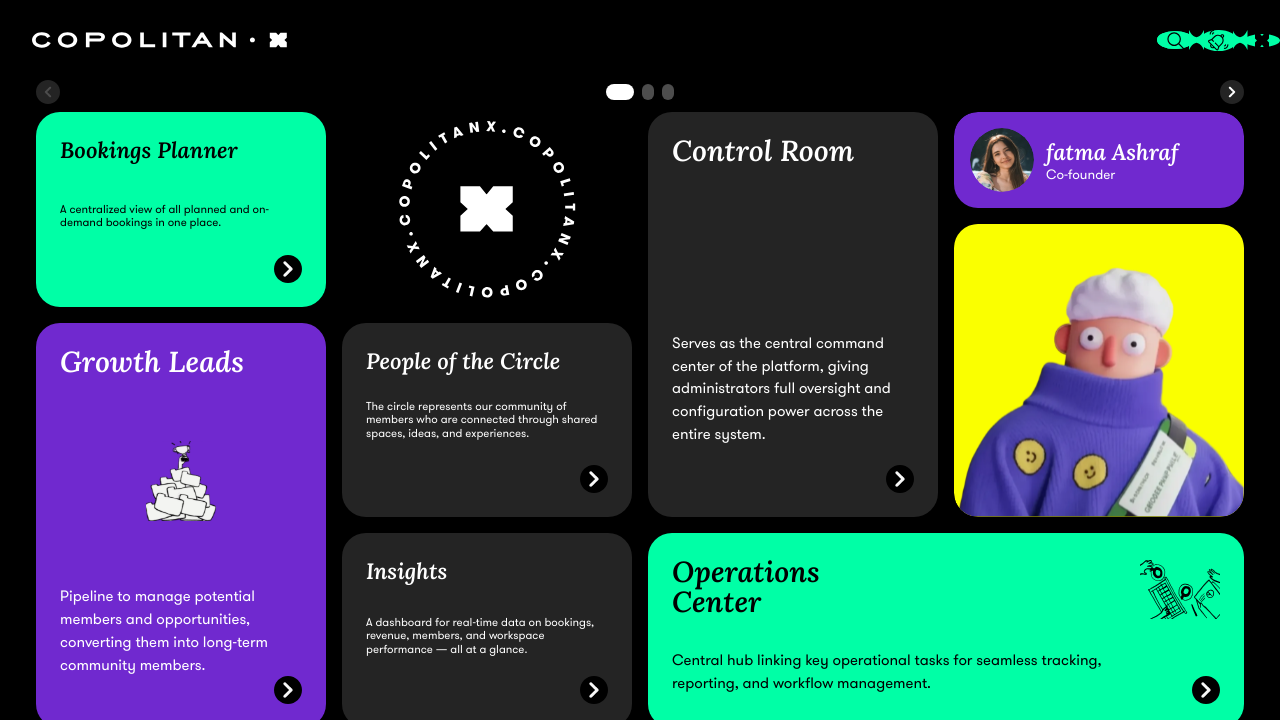
Repository: mohameddtalal/Copolitan-X
Page: /dashboard
These files come from the project's save history. The page is drawn as it stood at one moment and after the next save; the edit follows.
The browser window is 1280 px wide. The pictures show the whole page.
The project was rebuilt for these pictures with package versions that can differ from the ones it lists, and the page was loaded fresh each time. The framework's server and built-in components were replaced by stand-ins that run in the browser. Also part of the build but not shown: next.config.ts.

Above is the page before, as saved 2026-02-10 16:02:20.

### src/app/layout.tsx
import type { Metadata } from "next";
import { Geist, Geist_Mono } from "next/font/google";
import "./globals.css";
import Navbar from "@/components/Navbars/NavbarDynamic";
import { NavProvider } from "@/components/Context/Navcontext";

const geistSans = Geist({
  variable: "--font-geist-sans",
  subsets: ["latin"],
});

const geistMono = Geist_Mono({
  variable: "--font-geist-mono",
  subsets: ["latin"],
});

export const metadata: Metadata = {
  title: "Create Next App",
  description: "Generated by create next app",
};

export default function RootLayout({
  children,
}: Readonly<{
  children: React.ReactNode;
}>) {
  return (
    <html lang="en">
      <body
        className={`${geistSans.variable} ${geistMono.variable} antialiased  w-full flex flex-col m-0 p-0`}
      >

        <NavProvider>
          <div className="flex-shrink-0">
            <Navbar />
          </div>
          <div className="flex-1 overflow-auto w-full">
            {children}
          </div>
        </NavProvider>

      </body>
    </html>
  );
}

### src/app/(pages)/dashboard/page.tsx

'use client';

import BentoGrid from "@/components/BentoGrid/BentoGrid";





export default function DashboardPage() {
  return (
      <>
        <BentoGrid/>
      </>
  );
}

### src/app/globals.css
@import "tailwindcss";



:root {
  --background: #000000;
  --foreground: #ffffff;
  --green: #00ffa6;
}



@theme inline {
  --color-background: var(--background);
  --color-foreground: var(--foreground);
}

@media (prefers-color-scheme: dark) {
  :root {
    --background: #000000;
    --foreground: #ffffff;
  }
}

/* GT Walsheim */
@font-face {
  font-family: "GT Walsheim";
  src: url("/fonts/GT-Walsheim-Pro-Light.ttf") format("truetype");
  font-weight: 300;
  font-style: normal;
  font-display: swap;
}

@font-face {
  font-family: "GT Walsheim";
  src: url("/fonts/GT-Walsheim-Pro-Regular.ttf") format("truetype");
  font-weight: 400;
  font-style: normal;
  font-display: swap;
}

@font-face {
  font-family: "GT Walsheim";
  src: url("/fonts/GT-Walsheim-Pro-Medium.ttf") format("truetype");
  font-weight: 500;
  font-style: normal;
  font-display: swap;
}

@font-face {
  font-family: "GT Walsheim";
  src: url("/fonts/GT-Walsheim-Pro-Bold.ttf") format("truetype");
  font-weight: 700;
  font-style: normal;
  font-display: swap;
}

@font-face {
  font-family: "GT Walsheim";
  src: url("/fonts/GT-Walsheim-Pro-Ultra-Bold.ttf") format("truetype");
  font-weight: 800;
  font-style: normal;
  font-display: swap;
}

@font-face {
  font-family: "GT Walsheim";
  src: url("/fonts/GT-Walsheim-Pro-Ultra-Bold-Oblique.ttf") format("truetype");
  font-weight: 800;
  font-style: italic;
  font-display: swap;
}

@font-face {
  font-family: "Lora";
  src: url("/fonts/Lora-Italic.ttf") format("truetype");
  font-weight: 400;
  font-style: italic;
  font-display: swap;
}

@font-face {
  font-family: "Lora";
  src: url("/fonts/Lora-MediumItalic.ttf") format("truetype");
  font-weight: 500;
  font-style: italic;
  font-display: swap;
}

@font-face {
  font-family: "Lora";
  src: url("/fonts/Lora-SemiBoldItalic.ttf") format("truetype");
  font-weight: 600;
  font-style: italic;
  font-display: swap;
}

@font-face {
  font-family: "Lora";
  src: url("/fonts/Lora-BoldItalic.ttf") format("truetype");
  font-weight: 700;
  font-style: italic;
  font-display: swap;
}

body {
  background: var(--background);
  color: var(--foreground);
  font-family:
    "GT Walsheim",
    "Lora",
}

.font-gtwalsheim {
  font-family: "GT Walsheim";
  font-weight: 400;
}

.font-lora {
  font-family: "Lora";
}

.lora-semibold-italic {
  font-family: "Lora";
  font-weight: 600;
  font-style: italic;
}



.title-lg {
  font-size: clamp(1.125rem, 0.8571rem + 1.1905vw, 2rem);
  line-height: 30px;
}

.desc-lg {
  font-size: clamp(0.75rem, 0.6735rem + 0.3401vw, 1rem);
}

.title-md {
  font-size: clamp(1rem, 0.8469rem + 0.6803vw, 1.5rem);
  line-height: clamp(1.375rem, 1.1837rem + 0.8503vw, 2rem);
}

.desc-md {
  font-size: clamp(0.75rem, 0.7117rem + 0.1701vw, 0.875rem);
  line-height: clamp(0.75rem, 0.7117rem + 0.1701vw, 0.875rem);
}

.title-sm {
  font-size: clamp(1rem, 0.8469rem + 0.6803vw, 1.5rem);
  line-height: clamp(1.375rem, 1.1837rem + 0.8503vw, 2rem);
}

.desc-sm {
  font-size: clamp(0.625rem, 0.5867rem + 0.1701vw, 0.75rem);
  line-height: clamp(0.75rem, 0.7117rem + 0.1701vw, 0.875rem);
}
@media (min-height: 670px) {
body,html{
height: 100%;
}
}


/* width */
::-webkit-scrollbar {
  width: 8px;
  height: 8px;
}

/* Track */
::-webkit-scrollbar-track {
  background: transparent;
}

/* Handle */
::-webkit-scrollbar-thumb {
  background-color: #555;
  border-radius: 9999px;
  border: 2px solid transparent;
  background-clip: content-box;
}

/* Handle on hover */
::-webkit-scrollbar-thumb:hover {
  background-color: #777;
}

/* Flip Card Styles */
.perspective-1000 {
  perspective: 1000px;
}
.flip-wrapper {
  width: 100%;
  height: 100%;
  position: relative;
  transform-style: preserve-3d;
  cursor: pointer;
}

.flip-front,
.flip-back {
  backface-visibility: hidden;
  position: absolute;
  top: 0;
  left: 0;
  width: 100%;
  height: 100%;
}

.flip-front {
  z-index: 2;
  transform: rotateY(0deg);
}

.flip-back {
  transform: rotateY(180deg);
}

.rotate-y-180 {
  transform: rotateY(180deg);
}


.card-back-scroller {
  flex: 1;
  overflow-y: auto;
  margin-top: auto;
}

### src/components/Navbars/NavbarDynamic.tsx
"use client";
import { useRouter } from "next/navigation";
import Link from "next/link";
import Image from "next/image";
import { useState } from "react";
import { useNav } from "@/components/Context/Navcontext";
import styles from "./Navbar.module.css"

const Navbar = () => {
  const [isSearchOpen, setIsSearchOpen] = useState(false);
  const [searchText, setSearchText] = useState("");
  const { selectedTitle, selectedButton } = useNav();
  const router = useRouter();
  const handleSearch = () => {
    setIsSearchOpen((prev) => !prev); // toggle input
  };
  return (
    <nav className={styles.navbar }>
      <div className={styles.row}>
        <Link href="/dashboard">
          <div className="logo">
            <Image
              src="/navbar/Layer_1.svg"
              alt="LogoImage"
              className={styles.logoImg}
              width={301}
              height={26}
            />
          </div>
        </Link>
        <div className={styles.navInside}>
          <div
            className={styles.title}
          >
            <p>{selectedTitle}</p>
          </div>
          <div
            className={styles.selectedBtn}

          >
            <p>{selectedButton}</p>
          </div>
        </div>
        <div className={styles.navItems} >
          {isSearchOpen && (
            <input
              type="text"
              className={styles.searchInput}
              placeholder="Search..."
              value={searchText}
              onChange={(e) => setSearchText(e.target.value)}
              autoFocus
            />
          )}
          <div className={styles.search}>
            <button
              className={styles.search}
              style={{ zIndex: 10, cursor: "pointer" }}
              onClick={handleSearch}
            >
              <Image
                className="search-img"
                src="/navbar/search.svg"
                alt="search"
                width={18}
                height={18}
              />
            </button>
            {/* Search input (show only if open) */}
          </div>
          <div className={styles.line}></div>
          <div className={styles.notifications}>
            <button
              className="notification"
              style={{ cursor: "pointer" }}
              onClick={() => router.push("/notificationPage")}
            >
              <Image
                className="notification-img"
                src="/navbar/notification.svg"
                alt="notification"
                width={21}
                height={21}
              />
            </button>
          </div>
          <div className={styles.line}></div>
          <div className={styles.quote}>
            <Image
              src="/navbar/quote.svg"
              alt="quote"
              width={14}
              height={13}
              className="quote-img"
            />
          </div>
        </div>
      </div>
    </nav>
  );
};

export default Navbar;

### src/components/Context/Navcontext.tsx
"use client";

import { createContext, useContext, useState } from "react";

const NavContext = createContext<any>(null);

export function NavProvider({ children }: { children: React.ReactNode }) {
  const [selectedTitle, setSelectedTitle] = useState("");
  const [selectedButton, setSelectedButton] = useState("");

  return (
    <NavContext.Provider
      value={{ selectedTitle, setSelectedTitle, selectedButton, setSelectedButton }}
    >
      {children}
    </NavContext.Provider>
  );
}

export function useNav() {
  return useContext(NavContext);
}

### src/components/BentoGrid/BentoGrid.tsx
import React, { useState } from 'react';
import { motion } from 'framer-motion';
import Navigation from '../Navigation/Navigation';
import PageContainer from '../PageContainer/PageContainer';
import BadgeCard from '../BadgeCard/BadgeCard';

const BentoGrid = () => {
    const [currentPage, setCurrentPage] = useState(0);

    // Dummy data for cards - 3 pages × 12 cards each
    const pages = [
        // Page 1
        [
            { id: 1, title: "Bookings Planner", description: "A centralized view of all planned and on-demand bookings in one place.", color: "bg-[var(--green)]", span: "col-span-1 row-span-1", flippable: true },
            { id: 2, title: "", description: "", color: "bg-[var(--background)]", span: "col-span-1 row-span-1", image: "/cards/CIRCULAR TEXT.svg" },
            { id: 3, title: "Control Room", description: "Serves as the central command center of the platform, giving administrators full oversight and configuration power across the entire system.", color: "bg-[#242424]", span: "col-span-1 row-span-2", flippable: true },
            { id: 4, title: "fatma Ashraf", description: "Co-founder", color: "bg-[var(--background)]", span: "col-span-1 row-span-2", isSplit: true, profileImage: "/cards/profile.svg", characterImage: "/cards/character.svg" },
            { id: 5, title: "Growth Leads", description: "Pipeline to manage potential members and opportunities, converting them into long-term community members.", color: "bg-[#7029CF]", span: "col-span-1 row-span-2", cardImage: "/cards/card5.svg", layoutType: "column" },
            { id: 6, title: "People of the Circle", description: "The circle represents our community of members who are connected through shared spaces, ideas, and experiences.", color: "bg-[#242424]", span: "col-span-1 row-span-1" },
            { id: 7, title: "Insights", description: "A dashboard for real-time data on bookings, revenue, members, and workspace performance — all at a glance.", color: "bg-[#242424]", span: "col-span-1 row-span-1" ,flippable: true },
            { id: 8, title: "Operations \nCenter", description: "Central hub linking key operational tasks for seamless tracking, reporting, and workflow management.", color: "bg-[var(--green)]", span: "col-span-2 row-span-1", cardImage: "/cards/card8.svg", layoutType: "row" },
        ],
        // Page 2
        [
            { id: 9, title: "Partnerships Network", description: "Oversee and manage all partnerships, deals, and strategic collaborations", color: "bg-[#FFD3D2]", span: "col-span-1 row-span-1", flippable: true },
            { id: 2, title: "", description: "", color: "bg-[var(--background)]", span: "col-span-1 row-span-1", image: "/cards/CIRCULAR TEXT.svg" },
            { id: 10, title: "Security \nControl", description: "Serves as the central command center of the platform, giving administrators full oversight and configuration power across the entire system.", color: "bg-[#242424]", span: "col-span-1 row-span-2", cardImage: "/cards/card11.svg", layoutType: "column" },
            { id: 4, title: "fatma Ashraf", description: "Co-founder", color: "bg-[var(--background)]", span: "col-span-1 row-span-2", isSplit: true, profileImage: "/cards/profile.svg", characterImage: "/cards/character.svg" },
            { id: 11, title: "Finance Center", description: "A control panel for streamlined financial records and insights collaborations.", color: "bg-[#242424]", span: "col-span-1 row-span-2" },
            { id: 12, title: "Experience& \nEngagement Lab", description: "A tools lab that drives engagement and growth where experience is refined and elevated.", color: "bg-[#242424]", span: "col-span-1 row-span-1" },
            { id: 13, title: "Data Hub", description: "A streamlined repository for all data collect, analyze, and access key metrics to drive informed decisions.", color: "bg-[#242424]", span: "col-span-1 row-span-1" },
            { id: 14, title: "Facility \nManagement ", description: "Central hub linking key operational tasks for seamless tracking, reporting, and workflow management.", color: "bg-[#242424]", span: "col-span-2 row-span-1", cardImage: "/cards/card15.svg", layoutType: "row" },
        ],
        // Page 3
        [
            { id: 15, title: "Data Hub", description: "A streamlined repository for all data collect, analyze, and access key metrics to drive informed decisions.", color: "bg-[#FFD3D2]", span: "col-span-1 row-span-1", flippable: true },
            { id: 2, title: "", description: "", color: "invisible pointer-events-none", span: "col-span-1 row-span-1", image: "/cards/CIRCULAR TEXT.svg" },
            { id: 10, title: "Security \nControl", description: "Serves as the central command center of the platform, giving administrators full oversight and configuration power across the entire system.", color: "invisible pointer-events-none", span: "col-span-1 row-span-2", cardImage: "/cards/card11.svg", layoutType: "column" },
            { id: 4, title: "fatma Ashraf", description: "Co-founder", color: "bg-[var(--background)]", span: "col-span-1 row-span-2", isSplit: true, profileImage: "/cards/profile.svg", characterImage: "/cards/character.svg" },
            { id: 11, title: "Finance Center", description: "A control panel for streamlined financial records and insights collaborations.", color: "invisible pointer-events-none", span: "col-span-1 row-span-2" },
            { id: 12, title: "Experience& \nEngagement Lab", description: "A tools lab that drives engagement and growth where experience is refined and elevated.", color: "invisible pointer-events-none", span: "col-span-1 row-span-1" },
            { id: 13, title: "Data Hub", description: "A streamlined repository for all data collect, analyze, and access key metrics to drive informed decisions.", color: "invisible pointer-events-none", span: "col-span-1 row-span-1" },
            { id: 14, title: "Facility \nManagement ", description: "Central hub linking key operational tasks for seamless tracking, reporting, and workflow management.", color: "invisible pointer-events-none", span: "col-span-2 row-span-1", cardImage: "/cards/card15.svg", layoutType: "row" },
        ],



    ];
    const nextPage = () => {
        if (currentPage < pages.length - 1) {
            setCurrentPage(currentPage + 1);
        }
    };

    const prevPage = () => {
        if (currentPage > 0) {
            setCurrentPage(currentPage - 1);
        }
    };

    return (
        <div className="w-full h-full  px-1 sm:px-1 md:px-2 lg:px-3 xl:px-5 flex flex-col overflow-hidden">
            {/* Navigation Section */}
            <Navigation
              currentPage={currentPage}
              pages={pages}
              setCurrentPage={setCurrentPage}
              totalPages={pages.length}
              onPrev={prevPage}
              onNext={nextPage}
            />

            {/* Grid Container */}
            <div className="flex-1 overflow-hidden w-full min-h-0">
                <div
                    className="flex  w-full transition-transform duration-1000 ease-[cubic-bezier(0.16,1,0.3,1)]"
                    style={{ transform: `translateX(-${currentPage * 100}%)` }}
                >
                    {pages.map((page, pageIndex) => (
                        <PageContainer key={pageIndex}>
                            {page.map((card) => (
                                <BadgeCard key={card.id} card={card} />
                            ))}
                        </PageContainer>
                    ))}
                </div>
            </div>


        </div>
    );
};

export default BentoGrid;

### src/components/Navbars/Navbar.module.css
.navbar{

  background-color: var(--background);



}
.logoImg {
 margin: clamp(1.75rem, 1.6536rem + 0.4259vw, 2.0625rem);

}
.navInside {
  display: flex;
  flex-direction: column;
  justify-content: center;
  align-items: center;
  padding: 16px 0px;
  gap: 3px;
  width: 100%;
}
.navItems {
  position: relative;
  display: flex;
  align-items: center;

}
.searchInput {
  position: absolute;
  right: 87px;
  top: 50%;
  transform: translateY(-50%);
  padding: 6px 20px;
  border-radius: 48px;
  border: 1px solid var(--hot-purple);
  outline: none;
  font-size: 14px;
  width: 217px;
  height: 36px;
}
.line {
  margin: 0 -4px;
  width: 15px;
  height: 40px;
  padding: 0;
  border: none;
  background-color: var(--green);
  display: block;
  flex-shrink: 0;
  clip-path: polygon(
    0% 25%,
    0% 10%,
    0% 0%,
    0% 100%,
    0% 90%,
    0% 75%,
    10% 68%,
    20% 63%,
    30% 60%,
    40% 58%,
    50% 57%,
    60% 58%,
    70% 60%,
    80% 63%,
    90% 68%,
    100% 75%,
    100% 90%,
    100% 100%,
    100% 0%,
    100% 10%,
    100% 25%,
    90% 32%,
    80% 37%,
    70% 40%,
    60% 42%,
    50% 43%,
    40% 42%,
    30% 40%,
    20% 37%,
    10% 32%
  );
}

.notifications,
.quote,
.search {
  width: 36.5px;
  height: 36;
  display: flex;
  align-items: center;
  justify-content: center;
  background-color: var(--green);
  border-radius: 50%;
  margin: 0;
}
.row {
  display: flex;
  justify-content: space-between;
  align-items: center;
}
.title{
  margin-bottom: 0;
  color: var(--black);
}
.selectedBtn{
  margin-top: 0;
  font-size: 16px;
  color: var(--black);
}

### src/components/Navigation/Navigation.tsx
import React from 'react';

export default function Navigation({
  currentPage,
  totalPages,
  setCurrentPage,
  pages,
  onPrev,
  onNext,
}: {
  currentPage: number;
  totalPages: number;
  setCurrentPage:Function,
  pages:any[],
  onPrev: () => void;
  onNext: () => void;
}) {
  return (
    <div className="flex items-center justify-between  shrink-0 px-1.5 sm:px-2 md:px-2 lg:px-3 xl:px-4  ">
      <div className="flex  justify-between w-full items-center mb-2">
        <button
          onClick={onPrev}
          disabled={currentPage === 0}
          className={`rounded-full  transition-all ${
            currentPage === 0 ? 'cursor-not-allowed' : 'cursor-pointer'
          }`}
        >
          <img
            src={currentPage === 0 ? "/cards/DimmedLeft.svg" : "/cards/Left.svg"}
            alt="Previous"
            className="w-3 h-3 sm:w-4 sm:h-4 lg:w-6 lg:h-6"
          />
        </button>
   {/* Page Indicators */}
            <div className="flex justify-center gap-2 shrink-0 ">
                {pages.map((_, index) => (
                    <button
                        key={index}
                        onClick={() => setCurrentPage(index)}
                        className={`h-4 cursor-pointer rounded-full transition-all ${currentPage === index ? 'w-5 sm:w-7 bg-white' : 'w-3 bg-white/30'
                            }`}
                    />
                ))}
            </div>
        <button
          onClick={onNext}
          disabled={currentPage === totalPages - 1}
          className={`rounded-full transition-all   ${
            currentPage === totalPages - 1 ? 'cursor-not-allowed' : 'cursor-pointer'
          }`}
        >
          <img
            src={currentPage === totalPages - 1 ? "/cards/DimmedRight.svg" : "/cards/Right.svg"}
            alt="Next"
            className="w-3 h-3 sm:w-4 sm:h-4 lg:w-6 lg:h-6"
          />
        </button>
      </div>
    </div>
  );
}

### src/components/PageContainer/PageContainer.tsx
export default function PageContainer({ children }: { children: React.ReactNode }) {


    return (
        <div className="min-w-full h-full px-1.5 sm:px-2 md:px-2 lg:px-3 xl:px-4 flex items-center justify-center ">
            <div className="grid grid-cols-4 grid-rows-3 gap-2 sm:gap-3 lg:gap-4 w-full h-full auto-rows-fr relative">
                {children}
            </div>
        </div>
    )
}

### src/components/BadgeCard/BadgeCard.module.css

.card-3,
.card-10,
.card-11 {
  display: flex;
  height: 100%;
  flex-direction: column;
  justify-content: space-between;
  padding-bottom: 20px;
}

.card-1,
.card-15,
.card-9 {
  display: flex;
  height: 100%;
  flex-direction: column;
  justify-content: space-between;
  padding-bottom: 25px;
}

.card-13,
.card-7 {
  display: flex;
  height: 100%;
  flex-direction: column;
  justify-content: space-between;
  padding-bottom: 20px;
}
.card-6,
.card-12 {
  display: flex;
  height: 100%;
  flex-direction: column;
  justify-content: space-between;
  padding-bottom: 25px;
}

.card-8,
.card-10,
.card-14 {
  display: flex;
  height: 100%;
  flex-direction: column;
  justify-content: space-between;
  padding-bottom: 10px;
}

.card-icon-8,
.card-icon-14,
.card-icon-12 {
  position: absolute;
  right: 24px;
  bottom: 24px;
}

.card-image-4{
  height: 100%;
}

Loaded but not shown: src/components/BadgeCard/BadgeCard.tsx (226 lines, source omitted)

After the next save:
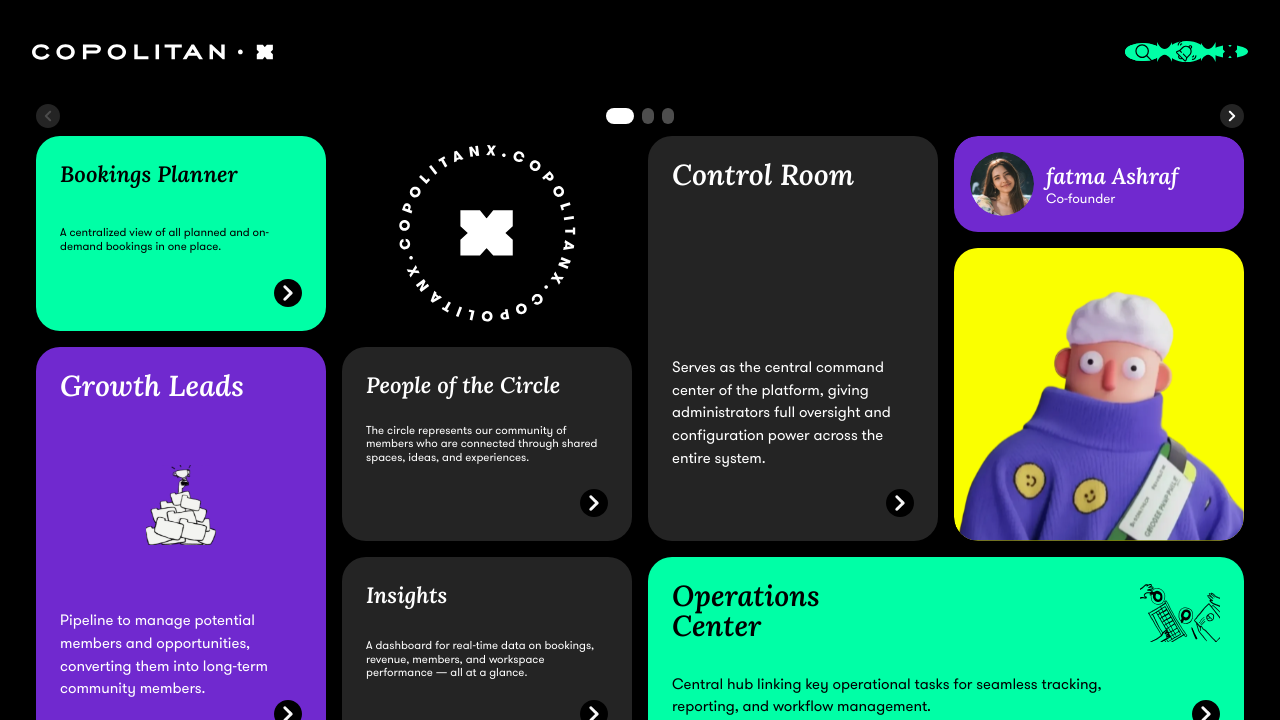
Saved 27 s later.
--- a/src/components/Navbars/Navbar.module.css
+++ b/src/components/Navbars/Navbar.module.css
@@ -22,7 +22,7 @@
   position: relative;
   display: flex;
   align-items: center;
-
+ margin: clamp(1.75rem, 1.6536rem + 0.4259vw, 2.0625rem);
 }
 .searchInput {
   position: absolute;
